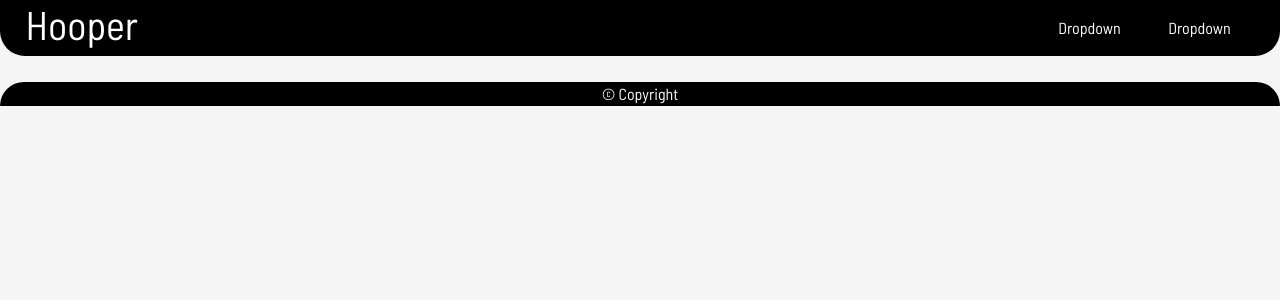
Repository: vlasarte/Hooper
Page: index.html
An editor plug-in stored every save of this project. The page is shown before and after the next save, followed by the edit.
The browser window is 1280 px wide. The pictures show the whole page.

Above is the page before, as saved 2020-02-11 19:00:04.

### index.html
<!DOCTYPE html>
<!--[if lt IE 7]>      <html class="no-js lt-ie9 lt-ie8 lt-ie7"> <![endif]-->
<!--[if IE 7]>         <html class="no-js lt-ie9 lt-ie8"> <![endif]-->
<!--[if IE 8]>         <html class="no-js lt-ie9"> <![endif]-->
<!--[if gt IE 8]><!--> <html class="no-js"> <!--<![endif]-->
    <head>
        <meta charset="utf-8">
        <meta http-equiv="X-UA-Compatible" content="IE=edge">
        <title>Hooper</title>
        <meta name="description" content="">
        <meta name="viewport" content="width=device-width, initial-scale=1">
        <link href="https://fonts.googleapis.com/css?family=Barlow+Semi+Condensed&display=swap" rel="stylesheet">
        <link rel="stylesheet" href="https://stackpath.bootstrapcdn.com/bootstrap/4.3.1/css/bootstrap.min.css" integrity="sha384-ggOyR0iXCbMQv3Xipma34MD+dH/1fQ784/j6cY/iJTQUOhcWr7x9JvoRxT2MZw1T" crossorigin="anonymous">
        <link rel="stylesheet" href="assets/css/style.css">
    </head>
    <body>

        <header>
            <h1>Hooper</h1>
            <div class="dropdown">
                <button class="dropbtn">Dropdown</button>
                <div class="dropdown-content">
                    <a href="#">Link 1</a>
                    <a href="#">Link 2</a>
                    <a class="dropdown-content-last" href="#">Link 3</a>
                </div>
            </div>
            <div class="dropdown">
                <button class="dropbtn">Dropdown</button>
                <div class="dropdown-content">
                    <a href="#">Link 1</a>
                    <a href="#">Link 2</a>
                    <a class="dropdown-content-last" href="#">Link 3</a>
                </div>
            </div>
        </header>

        <div class="body-container">


        </div>


        <footer>
            &copy Copyright
        </footer>

        <script src="assets/js/javascript.js" async defer></script>
    </body>
</html>

### assets/css/style.css
/* default settings */

body {
    font-family: 'Barlow Semi Condensed', sans-serif;
    background: whitesmoke;
}


/* header section */

header {
    font-family: 'Barlow Semi Condensed', sans-serif;
    width: 100%;
    height: 56px;
    background: black;
    color: white;
    padding: 0% 2%;
    border-radius: 0px 0px 25px 25px;
    position: sticky;
    top: 0;
    z-index: 1;
}

header h1 {
    float: left;
    height: 56px;
    margin: 0px;
}


/* hover dropdowns */

.dropbtn {
    height: 56px;
    font-family: 'Barlow Semi Condensed', sans-serif;
    min-width: 100px;
    background-color: black;
    color: white;
    padding: 16px;
    font-size: 16px;
    border: none;
    border-radius: 25px 25px 0px 0px;
}

.dropdown {
    margin: 0px 5px;
    float: right;
    position: relative;
    display: inline-block;
}

.dropdown-content {
    text-align: center;
    display: none;
    position: absolute;
    background-color: #f1f1f1;
    width: 100px;
    box-shadow: 0px 8px 16px 0px rgba(0, 0, 0, 0.2);
    z-index: 1;
    border-radius: 0px 0px 25px 25px;
}

.dropdown-content a {
    color: black;
    padding: 12px 16px;
    text-decoration: none;
    display: block;
}

.dropdown-content a:hover {
    background-color: #ddd;
}

.dropdown:hover .dropdown-content {
    display: block;
}

.dropdown:hover .dropbtn {
    background-color: #ddd;
    color: black;
}

.dropdown-content-last {
    border-radius: 0px 0px 25px 25px;
}

/* body container */

.body-container {
    padding: 1%;
}


/* footer section */

footer {
    width: 100%;
    text-align: center;
    background: black;
    color: white;
    border-radius: 25px 25px 0px 0px;
}

Loaded but not shown: assets/js/javascript.js (no stored copy; drawn as an empty file)

After the next save:
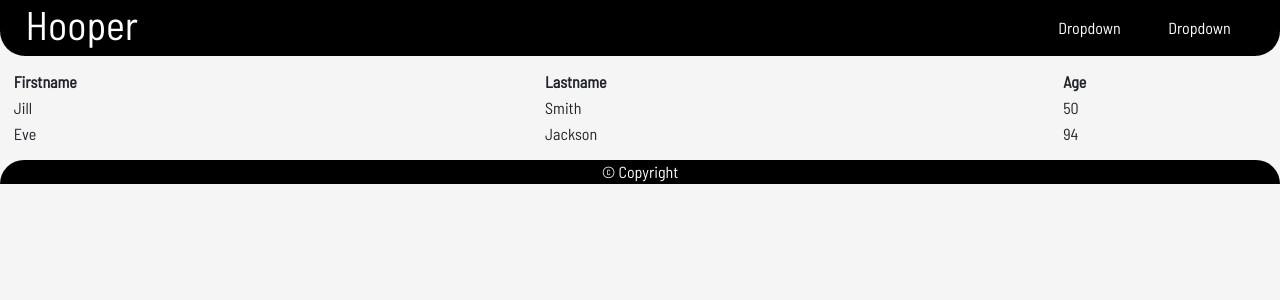
Saved 7 days later.
--- a/index.html
+++ b/index.html
@@ -37,6 +37,23 @@
 
         <div class="body-container">
 
+            <table style="width:100%">
+                <tr>
+                    <th>Firstname</th>
+                    <th>Lastname</th>
+                    <th>Age</th>
+                </tr>
+                <tr>
+                    <td>Jill</td>
+                    <td>Smith</td>
+                    <td>50</td>
+                </tr>
+                <tr>
+                    <td>Eve</td>
+                    <td>Jackson</td>
+                    <td>94</td>
+                </tr>
+            </table>
 
         </div>
 
